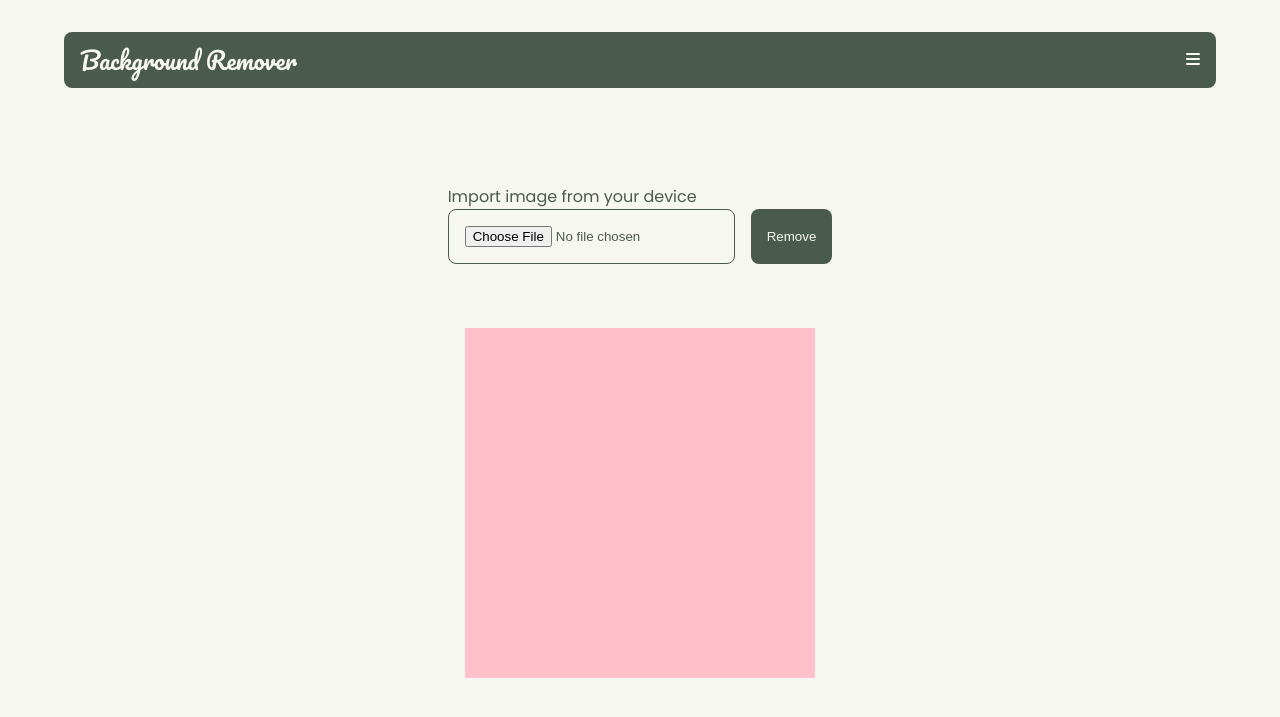
Repository: Oyasikelly/backgroundremover
Page: /
These files come from the project's save history. The page is drawn as it stood at one moment and after the next save; the edit follows.
The browser window is 1280 px wide. The pictures show the whole page.
Some web libraries are served in a nearby version. The project was rebuilt for these pictures with package versions that can differ from the ones it lists, and the page was loaded fresh each time. Also part of the build but not shown: vite.config.js, src/Components/Loading.jsx, src/Components/SavedImages.jsx.

Above is the page before, as saved 2024-12-18 13:36:18.

### index.html
<!-- @format -->

<!DOCTYPE html>
<html lang="en">
  <head>
    <meta charset="UTF-8" />
    <link rel="icon" type="image/svg+xml" href="/vite.svg" />
    <meta name="viewport" content="width=device-width, initial-scale=1.0" />
    <title>Background Remover</title>
  </head>
  <body>
    <div id="root"></div>
    <script type="module" src="/src/main.jsx"></script>
    <script
      src="https://kit.fontawesome.com/09244cd8e5.js"
      crossorigin="anonymous"
    ></script>
  </body>
</html>

### src/App.jsx
/** @format */

// import { useState } from "react";
import { useState } from "react";
import "./App.css";
import { BrowserRouter, Routes, Route } from "react-router-dom";
import Remover from "./Components/Remover";
import SavedImages from "./Components/SavedImages";
export default function App() {
  const [menu, setMenu] = useState(false);
  const [webURL, setWebURL] = useState("");
  const [importedURL, setImportedURL] = useState("");

  return (
    <BrowserRouter>
      <div className="wrapper">
        <Routes>
          <Route
            path="/"
            element={
              <Remover
                menu={menu}
                setMenu={setMenu}
                webURL={webURL}
                setWebURL={setWebURL}
                importedURL={importedURL}
                setImportedURL={setImportedURL}
              />
            }
          />
          <Route path="/SavedImages" Component={SavedImages} />
        </Routes>
      </div>
    </BrowserRouter>
  );
}

### src/App.css
/** @format */
@import url("https://fonts.googleapis.com/css2?family=Dancing+Script:wght@400..700&family=Outfit:wght@100..900&family=Pacifico&family=Poppins:ital,wght@0,100;0,200;0,300;0,400;0,500;0,600;0,700;0,800;0,900;1,100;1,200;1,300;1,400;1,500;1,600;1,700;1,800;1,900&family=Young+Serif&display=swap");

* {
  box-sizing: border-box;
  padding: 0;
  margin: 0;
}
:root {
  --primary-color: #4b5a4f;
  --secondary-color: #f7f7f1;
  --btn-color: #8a9b8e;
}
body {
  background-color: transparent;
  padding: 0;
  margin: 0;
}
body::-webkit-scrollbar {
  display: none;
}
a {
  text-decoration: none;
  color: var(--secondary-color);
}
.container {
  background-color: var(--secondary-color);
  width: 100%;
  height: 100vh;
  overflow: scroll;
  display: flex;
  flex-direction: column;
  /* justify-content: center; */
  align-items: center;
  color: var(--primary-color);
  padding: 0rem 4rem;
  position: relative;
}
.Menu {
  background-color: var(--btn-color);
  color: var(--secondary-color);
  width: 20%;
  align-self: flex-end;
  padding: 1rem;
  position: fixed;
  top: 0;
  right: 0;
  border-radius: 0 0 0.5rem 0.5rem;
  z-index: 100;
  display: flex;
  flex-direction: column;
  gap: 1rem;
}
.Menu p {
  border: 2px solid var(--primary-color);
  padding: 0.3rem;
  border-radius: 0.3rem;
  cursor: pointer;
}
.Menu p:hover {
  background-color: var(--primary-color);
}
h2 {
  width: fit-content;
  font-family: "Pacifico", cursive;
  font-weight: 400;
  font-style: normal;
  line-height: 1.5rem;
  max-width: 30%;
}
header {
  background-color: var(--primary-color);
  color: var(--secondary-color);
  width: 100%;
  margin-bottom: 5rem;
  padding: 1rem;
  border-radius: 0.5rem;
  position: relative;
  top: 2rem;
  display: flex;
  justify-content: space-between;
  align-items: center;
}
i {
  cursor: pointer;
}
.content_container {
  display: flex;
  flex-direction: column;
  justify-content: center;
  align-items: center;
  font-family: "Poppins", serif;
}
form {
  display: flex;
  gap: 1rem;
  margin-bottom: 4rem;
}
input {
  padding: 1rem;
  border-radius: 0.5rem;
  outline: none;
  border: 1px solid var(--primary-color);
  width: 100%;
}
button {
  padding: 1rem;
  background-color: var(--primary-color);
  outline: none;
  border: none;
  border-radius: 0.5rem;
  transition: background-color 0.5s ease-in;
  color: var(--secondary-color);
}
button:hover {
  background-color: var(--btn-color);
}
p {
  align-self: flex-start;
}
.imported-img {
  margin-top: 3rem;
  display: flex;
  flex-direction: column;
  justify-content: center;
  align-items: center;
}
.imported-img form {
  /* background-color: green; */
  width: fit-content;
  display: flex;
  width: 100%;
  /* justify-content: center; */
}
.import-img {
  width: 100%;
  padding: 1rem;
  align-content: center;
}

.output_container{
  width: 350px;
  height: 350px;
  background-color: pink;
}
.output_container img{
  width: 100%;
}
@media screen and (max-width: 1024px) {
  .container {
    padding-bottom: 3rem;
  }
  .content_container {
    width: 100%;
  }
  form {
    width: 100%;
    display: flex;
    justify-content: space-between;
  }
}

.Wrap_savedImages {
  display: flex;
  flex-direction: column;
  justify-content: center;
  align-items: center;
  padding-bottom: 3rem;
}
.saved_images {
  background-color: var(--secondary-color);
  color: var(--primary-color);
  height: 100vh;
  display: grid;
  grid-template-columns: repeat(4, 1fr);
  align-content: center;
  justify-items: center;
  grid-row-gap: 1rem;
  grid-column-gap: 1rem;
}
.saved_images div {
  width: 100px;
  height: 100px;
  border: 1px solid var(--primary-color);
  border-radius: 0.5rem;
}

### src/Components/Remover.jsx
/** @format */
import { useState } from "react";
import axios from "axios";

// import chair from "../assets/chair.jpeg";
import { NavLink } from "react-router-dom";
// components
import Header from "./Header";
// import UrlImage from "./urlImage";
import ImportImage from "./importImage";
import Loading from "./Loading";

export default function Remover({
  menu,
  setMenu,
  // webURL,
  // setWebURL,
  importedURL,
  setImportedURL,
}) {
  const [outputImage, setOutputImage] = useState(""); // State to store the output image URL
  const [loading,setLoading]= useState(false)
  function handleMenu() {
    setMenu(() => true);
  }
  function handleCloseMenu() {
    setMenu(() => false);
  }
  // function handleWebURL(e) {
  //   setWebURL(e.target.value);
  // }
  function handleImportedURL(e) {
    setImportedURL(e.target.files[0]); // Update importedURL state with the selected file
  }

  const apiKey = "0eaf034066ed7e5c243f379b2274ee09d9f82867"; // Replace with your actual API key
  const apiEndpoint = "https://sdk.photoroom.com/v1/segment";

  // Function to remove background for URL
  // const removeBackgroundFromURL = async (imageUrl) => {
  //   try {
  //     const response = await axios.post(
  //       apiEndpoint,
  //       { image_url: imageUrl }, // API expects 'image_url', not 'url'
  //       {
  //         headers: {
  //           "x-api-key": apiKey,
  //           "Content-Type": "application/json",
  //         },
  //         responseType: "blob", // Get the response as a Blob
  //       }
  //     );

  //     const imageUrlBlob = URL.createObjectURL(response.data);
  //     console.log(imageUrlBlob);
  //     setOutputImage(imageUrlBlob);
  //   } catch (error) {
  //     console.error("Error removing background (URL):", error.response?.data || error.message);
  //   }
  // };
  // Function to remove background for imported image
  const removeBackgroundFromFile = async (file) => {
    try {
      const formData = new FormData();
      formData.append("image_file", file); // Append file to FormData

      const response = await axios.post(apiEndpoint, formData, {
        headers: {
          "x-api-key": apiKey,
          "Content-Type": "multipart/form-data",
        },
        responseType: "blob", // Ensure response is a Blob
      });

      const imageUrlBlob = URL.createObjectURL(response.data);
      setOutputImage(imageUrlBlob);
    } catch (error) {
      console.error("Error removing background (File):", error);
    }
  };

  // const handleRemoveBackground = async (e) => {
  //   e.preventDefault();
  //   if (webURL) {
  //     await removeBackgroundFromURL(webURL);
  //   } else {
  //     alert("Please provide an image URL.");
  //   }
  // };

  const handleRemoveBackground_ImportedImg = async (e) => {
    e.preventDefault();
    if (importedURL) {
      await removeBackgroundFromFile(importedURL);
    } else {
      alert("Please import an image.");
    }
  };

  return (
    <div className="container">
      {menu && (
        <div className="Menu" onClick={handleCloseMenu}>
          <span style={{ fontSize: "24px" }}>&#10006;</span>
          <NavLink to="/SavedImages">
            <p>See Saved Images</p>
          </NavLink>
        </div>
      )}
     <Header handleMenu={handleMenu}/>

      {/* Remove Background via URL */}
     {/* <UrlImage webURL={webURL} handleRemoveBackground={handleRemoveBackground} handleWebURL={handleWebURL} /> */}

      {/* Remove Background via Imported File */}
     <ImportImage handleRemoveBackground_ImportedImg={handleRemoveBackground_ImportedImg} handleImportedURL={handleImportedURL}  />


      {/* Output Image */}

        <div className="output_container">
        {loading &&  <Loading />}
      {outputImage && (
        <>
          <h3>Background Removed Image:</h3>
         <div className="outputWrap">
          <img src={outputImage} alt="Output" />
          </div>
        </>
        )}
        </div>
    </div>
  );
}

### src/Components/Header.jsx
export default function Header({handleMenu}){
    return  <header>
    <h2>Background Remover</h2>
    <nav>
      <i className="fa-solid fa-bars" onClick={handleMenu}></i>
    </nav>
  </header>
}

### src/Components/importImage.jsx
import { motion } from "framer-motion";

export default function ImportImage({handleRemoveBackground_ImportedImg, handleImportedURL}){
    return  <main className="content_container imported-img">
    <p>Import image from your device</p>
    <form onSubmit={handleRemoveBackground_ImportedImg}>
      <input
        name="importedURL"
        className="import-img"
        type="file"
        accept="image/*"
        onChange={handleImportedURL}
      />
      <motion.button whileHover={{scale:1.2}} whileTap={{opacity:0.6}} typeof="submit">
          Remove
      </motion.button>
    </form>

  </main>
}

Loaded but not shown: src/main.jsx (common file); src/index.css (no stored copy; drawn as an empty file)

After the next save:
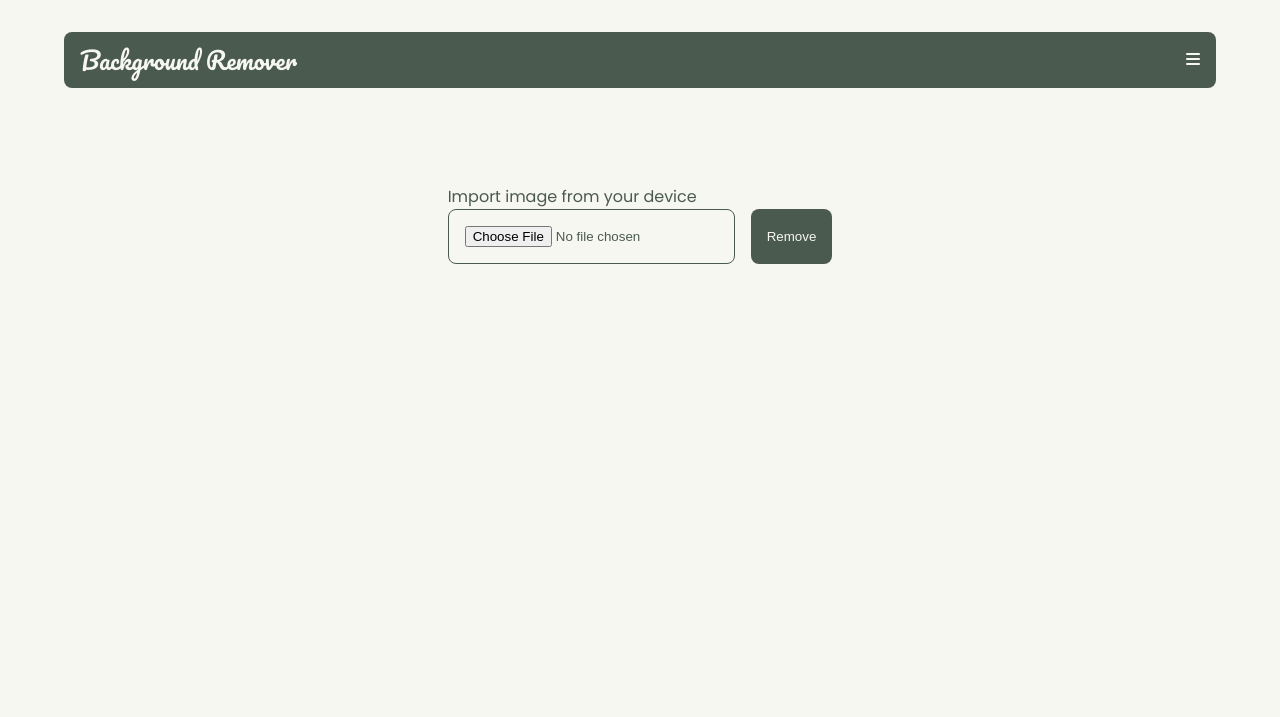
Saved 19 s later.
--- a/src/App.css
+++ b/src/App.css
@@ -141,7 +141,7 @@ p {
 .output_container{
   width: 350px;
   height: 350px;
-  background-color: pink;
+  background-color: transparent;
 }
 .output_container img{
   width: 100%;
